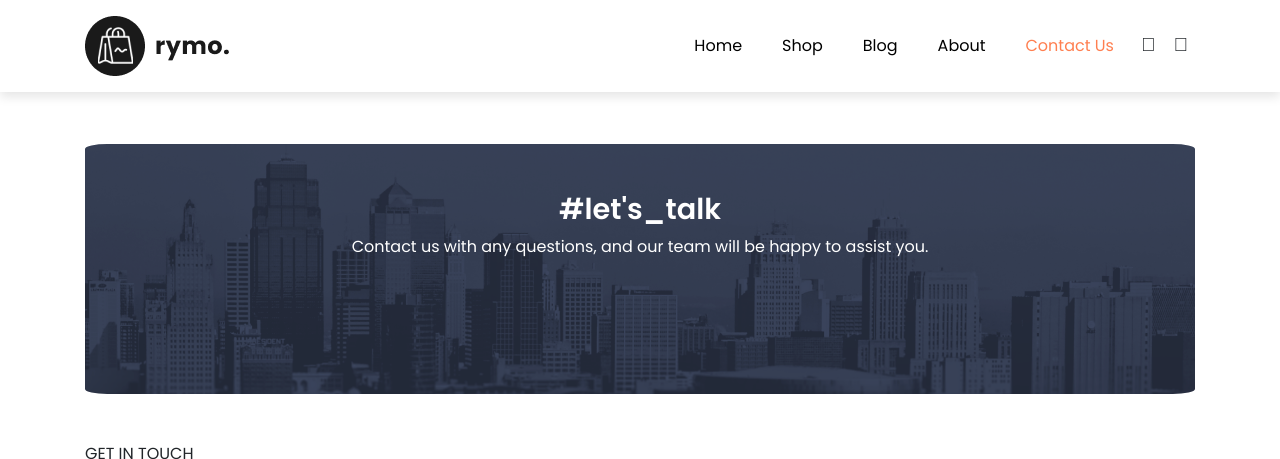
Repository: peter417waweru/e-commerce-UI
Page: contact.html
An editor plug-in stored every save of this project. The page is shown before and after the next save, followed by the edit.
The browser window is 1280 px wide. The pictures show the part of the page from y = 0 to 459 px (the page is 1440 px tall).
Pictures or frames that could not be fetched are drawn as grey boxes. Some web libraries are served in a nearby version.

Above is the page before, as saved 2025-02-09 22:54:40.
Console error: TypeError: Cannot set properties of undefined (setting 'onclick')

After the next save:
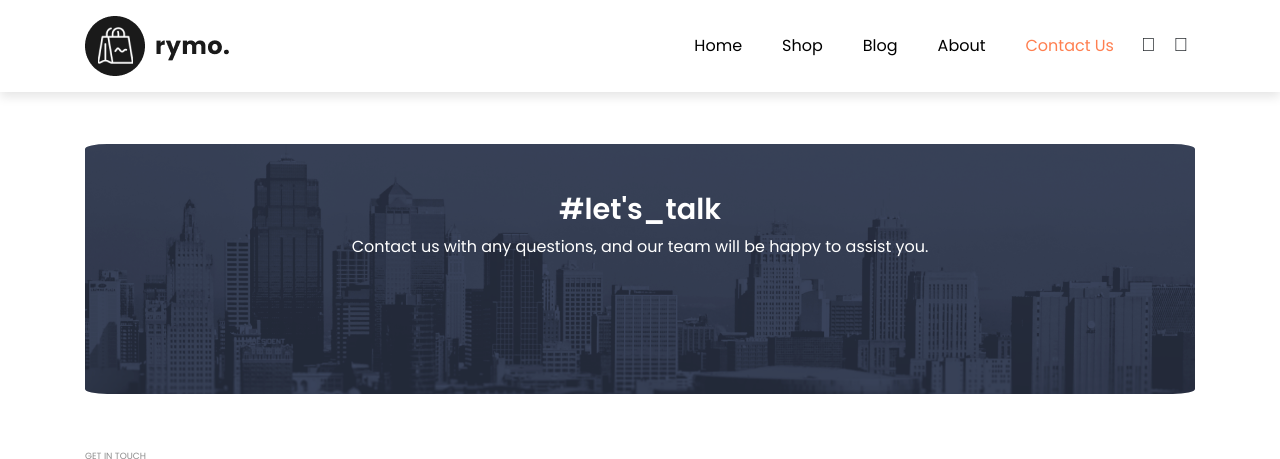
Saved 25 s later.
--- a/contact.html
+++ b/contact.html
@@ -14,6 +14,7 @@
 
         <link rel="stylesheet" href="./style.css">
         <link rel="stylesheet" href="./about.css">
+        <link rel="stylesheet" href="./contact.css">
     </head>
 
     <body>
